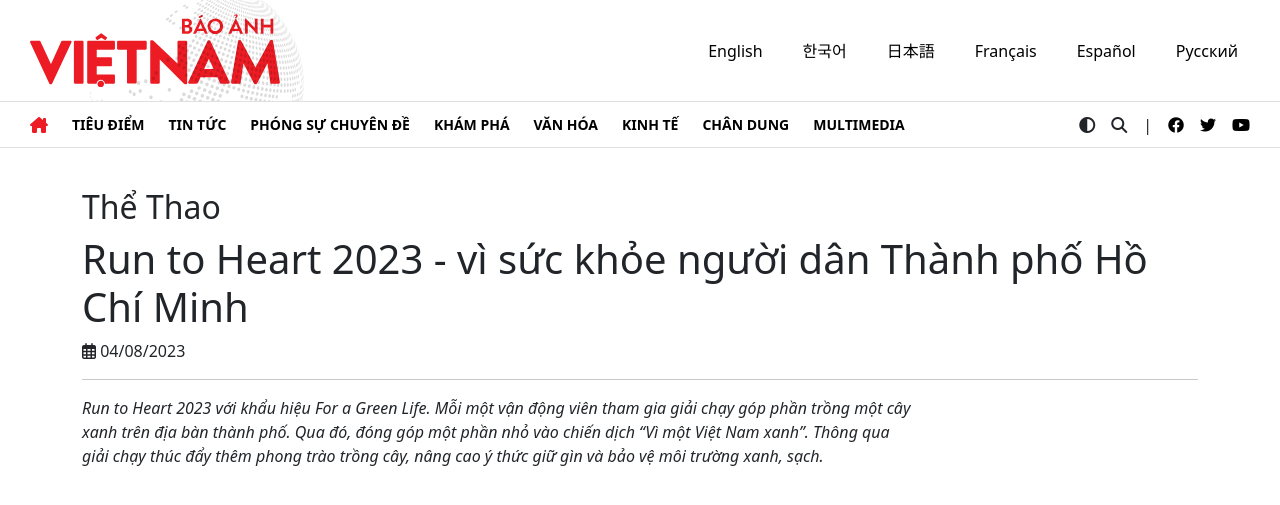
Repository: kietdotshp/webtintuc
Page: Detail.html
An editor plug-in stored every save of this project. The page is shown before and after a run of saves, followed by the edit.
The browser window is 1280 px wide. The pictures show the whole page.
Some web libraries are served in a nearby version.

Above is the page before, as saved 2023-08-10 16:11:22.

After the next 3 saves:
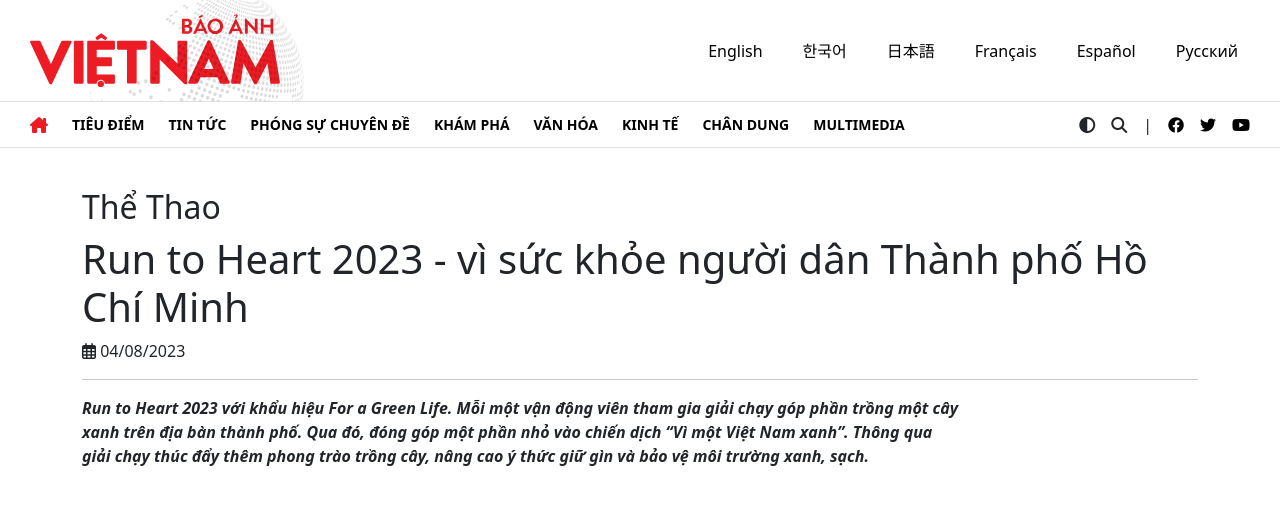
The 3 saves are shown as one change because they came seconds apart.
The last was saved 24 s later.
--- a/assets/css/detail.css
+++ b/assets/css/detail.css
@@ -235,6 +235,6 @@
     margin-top: 40px;
   }
   .title{
-    font-weight: ;
+    font-weight: 700;
     font-style:italic;
   }
